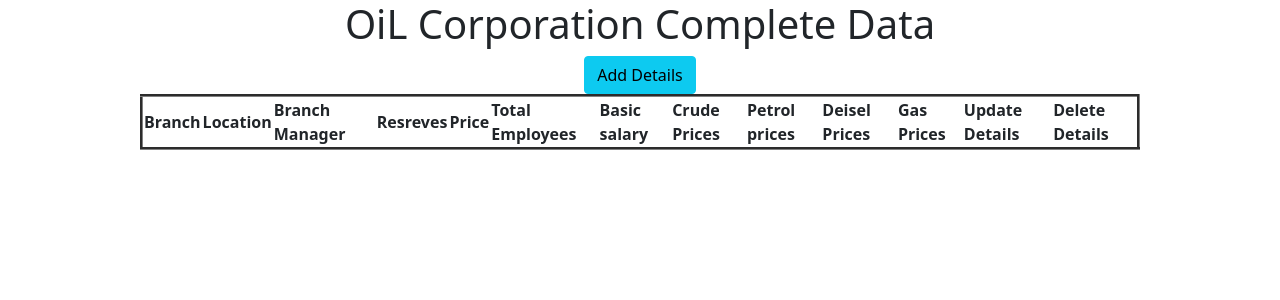
Repository: veerrajuMareddi/demo
Page: http://localhost/OilCorporation/views/result.jsp
An editor plug-in stored every save of this project. The page is shown before and after the next save, followed by the edit.
The browser window is 1280 px wide. The pictures show the whole page.
The page is served by Tomcat 9. The template is opened directly, without the code that normally fills it, so the values that code supplies are empty.

Above is the page before, as saved 2022-05-03 13:48:27.

After the next save:
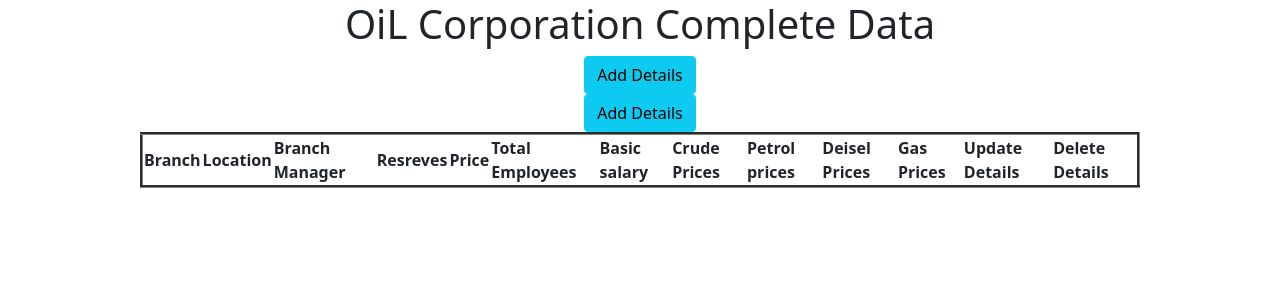
Saved 32 s later.
--- a/OilCorporation/src/main/webapp/views/result.jsp
+++ b/OilCorporation/src/main/webapp/views/result.jsp
@@ -70,7 +70,10 @@ pageEncoding="ISO-8859-1"%>
 </center>
 </tr>
 </c:forEach>
+<a class="btn btn-info" href="/src/callsave">Add Details</a>
+
 </table>
 </center>
+
 </body>
 </html>
